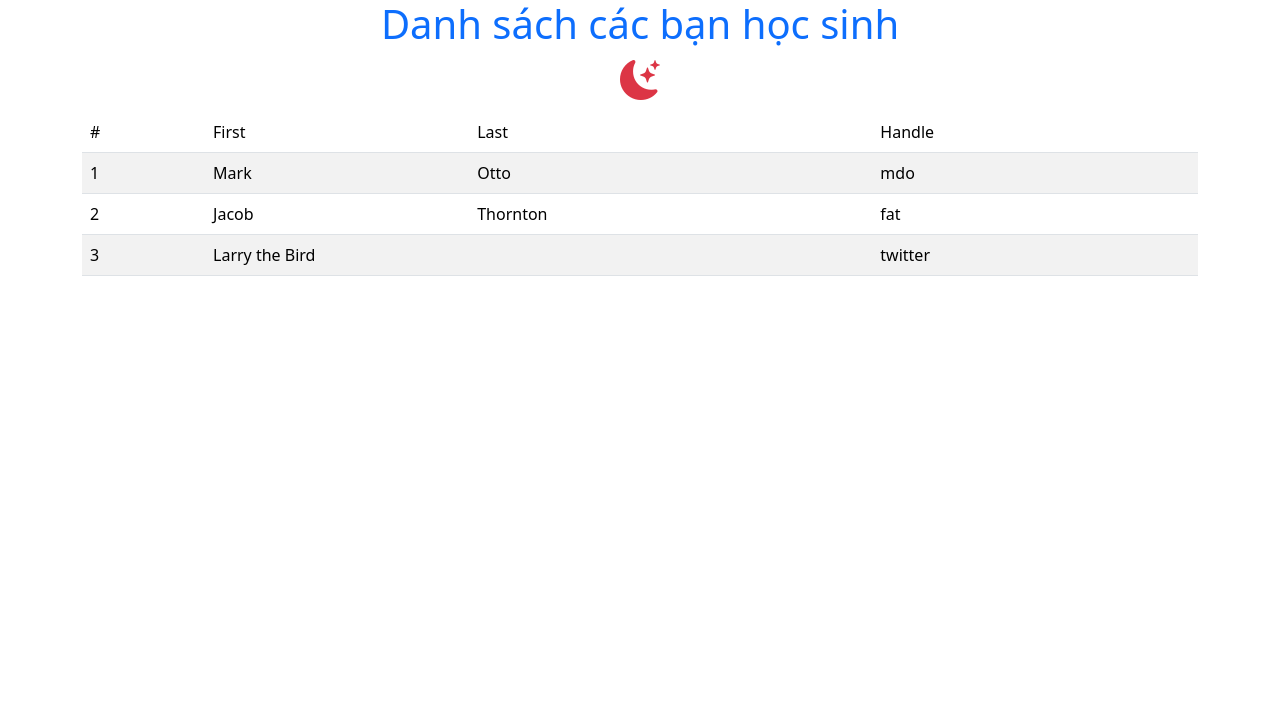
Repository: danghoanghai2k2/BeginAnguLar
Page: / (app in FirstAnGuLar/)
An editor plug-in stored every save of this project. The page is shown before and after the next save, followed by the edit.
The browser window is 1280 px wide. The pictures show the whole page.
The project was rebuilt for these pictures with package versions that can differ from the ones it lists, and the page was loaded fresh each time. Also part of the build but not shown: FirstAnGuLar/angular.json.

Above is the page before, as saved 2024-06-05 19:58:51.

### FirstAnGuLar/src/index.html
<!doctype html>
<html lang="en">
<head>
  <meta charset="utf-8">
  <title>FirstAnGuLar</title>
  <base href="/">
  <meta name="viewport" content="width=device-width, initial-scale=1">
  <link rel="icon" type="img" href="../public/img/465.jpg">
</head>
<body>
  <app-root></app-root>
</body>
</html>

### FirstAnGuLar/src/styles.css

*,
*:before,
*:after {
  box-sizing: border-box;
}
* {
  margin: 0;
  padding: 0;
  font: inherit;
}
img,
picture,
svg,
video {
  display: block;
  max-width: 100%;
}
input,
select,
textarea {
  background-color: transparent;
  outline: none;
}
button {
  cursor: pointer;
  background-color: transparent;
  outline: none;
  border: 0;
}
body {
  min-height: 100vh;
  font-weight: 400;
  font-size: 16px;
  line-height: 1;
}

### FirstAnGuLar/src/main.ts
import { bootstrapApplication } from '@angular/platform-browser';
import { appConfig } from './app/app.config';
import { AppComponent } from './app/app.component';
// import { ChildComponent } from './app/child/child.component';

bootstrapApplication(AppComponent, appConfig)
  .catch((err) => console.error(err));

### FirstAnGuLar/src/app/app.component.ts
import { Component } from '@angular/core';
import { RouterOutlet } from '@angular/router';

@Component({
  selector: 'app-root',
  standalone: true,
  imports: [RouterOutlet],
  templateUrl: './app.component.html',
  styleUrl: './app.component.css'
})
export class AppComponent {
  title = 'Danh sách các bạn học sinh';
}

### FirstAnGuLar/src/app/app.component.html
<div class="container">
    <div class="header">
        <h1 class="text-center text-primary">{{title}}</h1>
        <h1 class="text-center text-danger"><i class="bi bi-moon-stars-fill"></i></h1>
    </div>
    <table class="table table-striped">
        <thead>
          <tr>
            <th scope="col">#</th>
            <th scope="col">First</th>
            <th scope="col">Last</th>
            <th scope="col">Handle</th>
          </tr>
        </thead>
        <tbody>
          <tr>
            <th scope="row">1</th>
            <td>Mark</td>
            <td>Otto</td>
            <td>mdo</td>
          </tr>
          <tr>
            <th scope="row">2</th>
            <td>Jacob</td>
            <td>Thornton</td>
            <td>fat</td>
          </tr>
          <tr>
            <th scope="row">3</th>
            <td colspan="2">Larry the Bird</td>
            <td>twitter</td>
          </tr>
        </tbody>
      </table>

</div>

Loaded but not shown: FirstAnGuLar/src/app/app.config.ts (common file); FirstAnGuLar/src/app/app.routes.ts (common file); FirstAnGuLar/src/app/app.component.css (no stored copy; drawn as an empty file)

After the next save:
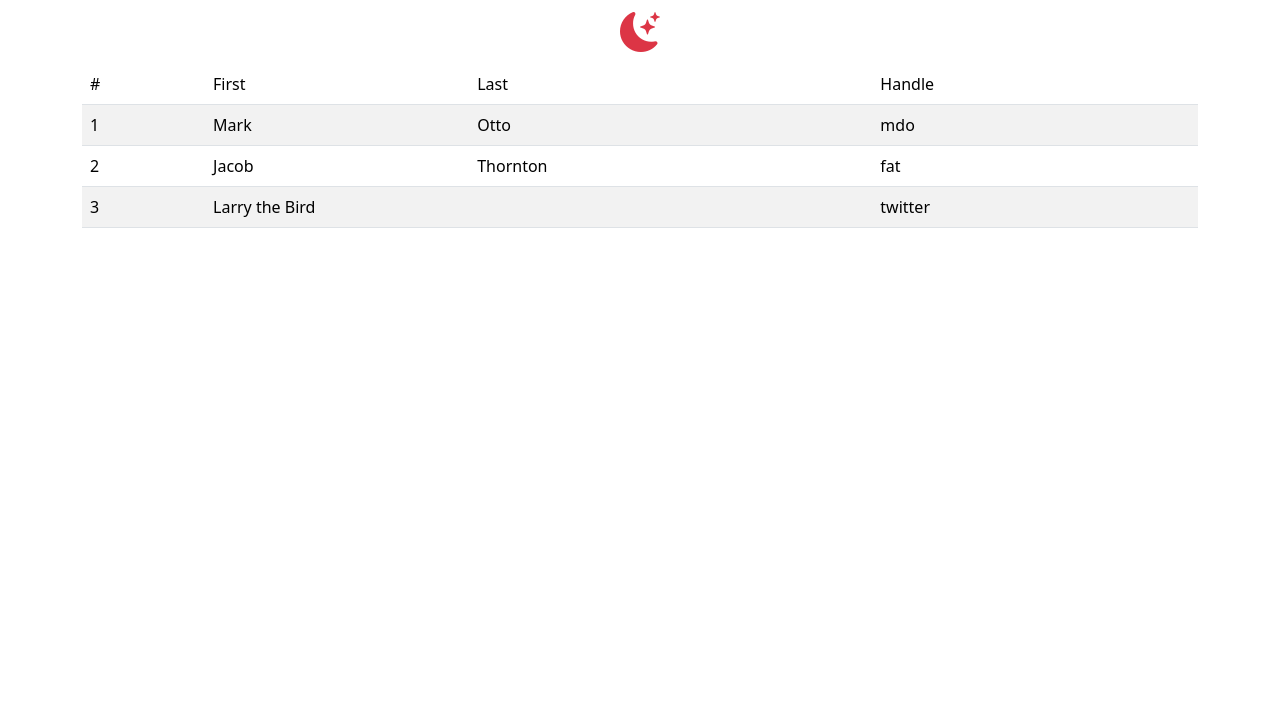
Saved 19 h 36 min later.
--- a/FirstAnGuLar/src/app/app.component.html
+++ b/FirstAnGuLar/src/app/app.component.html
@@ -1,6 +1,6 @@
 <div class="container">
     <div class="header">
-        <h1 class="text-center text-primary">{{title}}</h1>
+        <h1 class="text-center text-primary">{{lists}}</h1>
         <h1 class="text-center text-danger"><i class="bi bi-moon-stars-fill"></i></h1>
     </div>
     <table class="table table-striped">

After the save that followed:
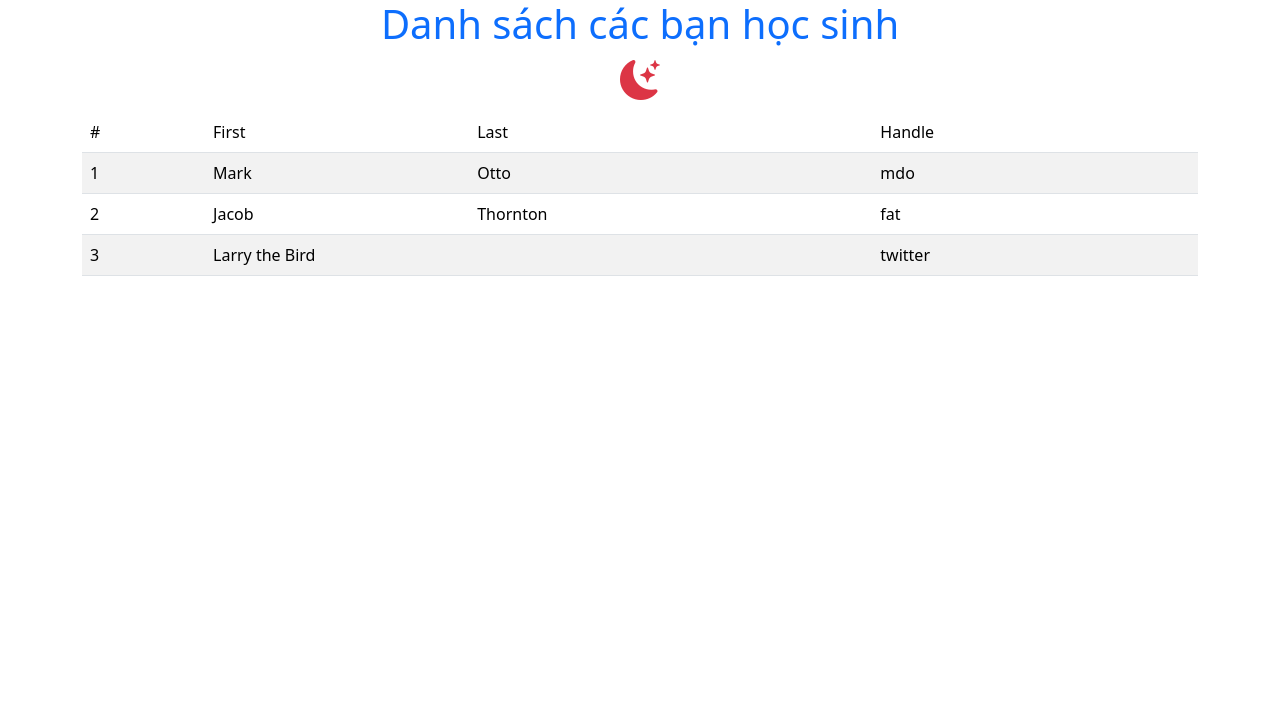
Saved 1 s later.
--- a/FirstAnGuLar/src/app/app.component.ts
+++ b/FirstAnGuLar/src/app/app.component.ts
@@ -9,5 +9,7 @@ import { RouterOutlet } from '@angular/router';
   styleUrl: './app.component.css'
 })
 export class AppComponent {
-  title = 'Danh sách các bạn học sinh';
+  // tạo ra thẻ tiêu đề
+  lists = 'Danh sách các bạn học sinh';
+
 }
